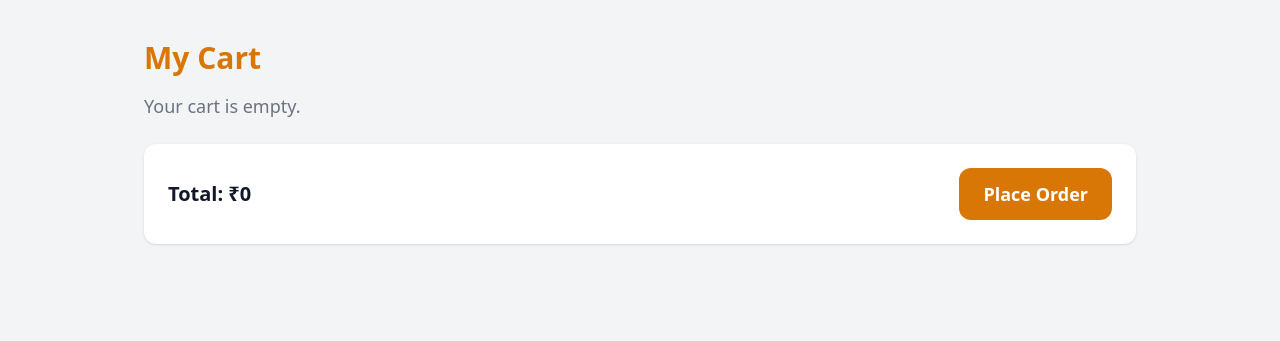
Repository: Omkar0746/VendorLink_Hackathon
Page: VendorLink_Project-main/frontend/cart.html
An editor plug-in stored every save of this project. The page is shown before and after the next save, followed by the edit.
The browser window is 1280 px wide. The pictures show the whole page.
Some web libraries are served in a nearby version.

Above is the page before, as saved 2025-11-27 23:01:12.

### VendorLink_Project-main/frontend/cart.html
<!DOCTYPE html>
<html lang="en" class="bg-gray-100 dark:bg-gray-900">
<head>
  <meta charset="UTF-8">
  <title>My Cart • VendorLink</title>

  <script src="https://cdn.tailwindcss.com"></script>
  <script>
    tailwind.config = { darkMode: "class" };
  </script>

</head>

<body class="text-gray-900 dark:text-gray-100">

<!-- Navbar -->
<script type="module" src="assets/js/navbar.js"></script>

<section class="max-w-5xl mx-auto px-4 py-10">

  <h1 class="text-3xl font-bold text-amber-600 mb-4">My Cart</h1>

  <div id="cartContainer" class="space-y-4">
    <!-- Dynamic items appear here -->
  </div>

  <!-- Total & Checkout -->
  <div class="mt-6 bg-white dark:bg-gray-800 rounded-xl shadow p-6 flex justify-between items-center">
    <p class="text-xl font-bold">
      Total: ₹<span id="cartTotal">0</span>
    </p>

    <button id="checkoutBtn"
            class="bg-amber-600 hover:bg-amber-700 text-white py-3 px-6 rounded-xl text-lg font-semibold">
      Place Order
    </button>
  </div>

</section>

<script type="module" src="assets/js/cart.js"></script>

</body>
</html>

### VendorLink_Project-main/frontend/assets/js/navbar.js
// assets/js/navbar.js

// === THEME ===
const themeToggle = document.getElementById("themeToggle");
if (themeToggle) {
  themeToggle.addEventListener("click", () => {
    document.documentElement.classList.toggle("dark");
    localStorage.setItem(
      "theme",
      document.documentElement.classList.contains("dark") ? "dark" : "light"
    );
  });
}
if (localStorage.getItem("theme") === "dark") {
  document.documentElement.classList.add("dark");
}

// === USER AUTH ===
const user = JSON.parse(localStorage.getItem("user"));

const guestNav = document.getElementById("nav-auth-guest");
const userNav = document.getElementById("nav-auth-user");
const dashboardLink = document.getElementById("nav-supplier-dashboard");
const profileBtn = document.getElementById("profileBtn");
const profileDropdown = document.getElementById("profileDropdown");
const logoutBtn = document.getElementById("logoutBtn");

// Show guest or user navbar
if (user) {
  guestNav?.classList.add("hidden");
  userNav?.classList.remove("hidden");

  if (user.role === "supplier") {
    dashboardLink?.classList.remove("hidden");
  }
} else {
  guestNav?.classList.remove("hidden");
  userNav?.classList.add("hidden");
}

// Profile dropdown
profileBtn?.addEventListener("click", () => {
  profileDropdown.classList.toggle("hidden");
});

// Logout
logoutBtn?.addEventListener("click", () => {
  localStorage.removeItem("user");
  localStorage.removeItem("token");
  window.location.href = "index.html";
});

### VendorLink_Project-main/frontend/assets/js/cart.js
import { api } from "./api.js";

let cart = JSON.parse(localStorage.getItem("cart") || "[]");
const cartContainer = document.getElementById("cartContainer");
const cartTotalEl = document.getElementById("cartTotal");
const checkoutBtn = document.getElementById("checkoutBtn");

function saveCart() {
  localStorage.setItem("cart", JSON.stringify(cart));
}

function updateTotal() {
  let total = 0;

  cart.forEach((item) => {
    total += item.price * item.qty;
  });

  cartTotalEl.textContent = total;
}

function increaseQty(index) {
  cart[index].qty += 1;
  saveCart();
  renderCart();
}

function decreaseQty(index) {
  if (cart[index].qty > 1) {
    cart[index].qty -= 1;
  } else {
    cart.splice(index, 1);
  }
  saveCart();
  renderCart();
}

function deleteItem(index) {
  cart.splice(index, 1);
  saveCart();
  renderCart();
}

function renderCart() {
  cartContainer.innerHTML = "";

  if (cart.length === 0) {
    cartContainer.innerHTML = `
      <p class="text-gray-500 text-lg">Your cart is empty.</p>
    `;
    updateTotal();
    return;
  }

  cart.forEach((item, index) => {
    cartContainer.innerHTML += `
      <div class="bg-white dark:bg-gray-800 rounded-xl shadow p-4 flex items-center gap-4">

        <img src="${item.image || 'https://cdn-icons-png.flaticon.com/512/3081/3081559.png'}"
             class="h-20 w-20 object-cover rounded-lg">

        <div class="flex-1">
          <h3 class="font-semibold text-lg">${item.name}</h3>
          <p class="text-sm text-gray-500">₹${item.price}/kg</p>

          <div class="flex items-center gap-3 mt-2">
            <button onclick="decreaseQty(${index})"
              class="px-3 py-1 bg-gray-200 dark:bg-gray-700 rounded-lg">-</button>

            <span class="font-semibold">${item.qty}</span>

            <button onclick="increaseQty(${index})"
              class="px-3 py-1 bg-gray-200 dark:bg-gray-700 rounded-lg">+</button>
          </div>
        </div>

        <button onclick="deleteItem(${index})"
                class="text-red-500 hover:text-red-700 font-semibold">
          Remove
        </button>

      </div>
    `;
  });

  updateTotal();
}

// Expose functions
window.increaseQty = increaseQty;
window.decreaseQty = decreaseQty;
window.deleteItem = deleteItem;

renderCart();

// Checkout (Place Order)
checkoutBtn.addEventListener("click", async () => {
  if (cart.length === 0) {
    alert("Your cart is empty!");
    return;
  }

  const user = JSON.parse(localStorage.getItem("user"));
  if (!user) {
    alert("Please login first.");
    window.location.href = "login.html";
    return;
  }

  // For now: choose supplier from first cart item
  const supplierId = cart[0].supplierId || "default";

  const orderData = {
    supplierId,
    items: cart,
    totalAmount: Number(cartTotalEl.textContent),
  };

  try {
    await api("/orders", "POST", orderData, true);

    localStorage.removeItem("cart");
    window.location.href = "order_success.html";
  } catch (err) {
    alert("Failed to place order.");
  }
});

### VendorLink_Project-main/frontend/assets/js/api.js
// assets/js/api.js

export const API_BASE = "http://localhost:5000/api";

export async function api(endpoint, method = "GET", body = null, auth = false) {
  const headers = { "Content-Type": "application/json" };

  if (auth) {
    const token = localStorage.getItem("token");
    if (token) {
      headers["Authorization"] = `Bearer ${token}`;
    }
  }

  const res = await fetch(`${API_BASE}${endpoint}`, {
    method,
    headers,
    body: body ? JSON.stringify(body) : null,
  });

  const data = await res.json();

  if (!res.ok) {
    throw new Error(data.error || data.message || "Request failed");
  }

  return data;
}

After the next save:
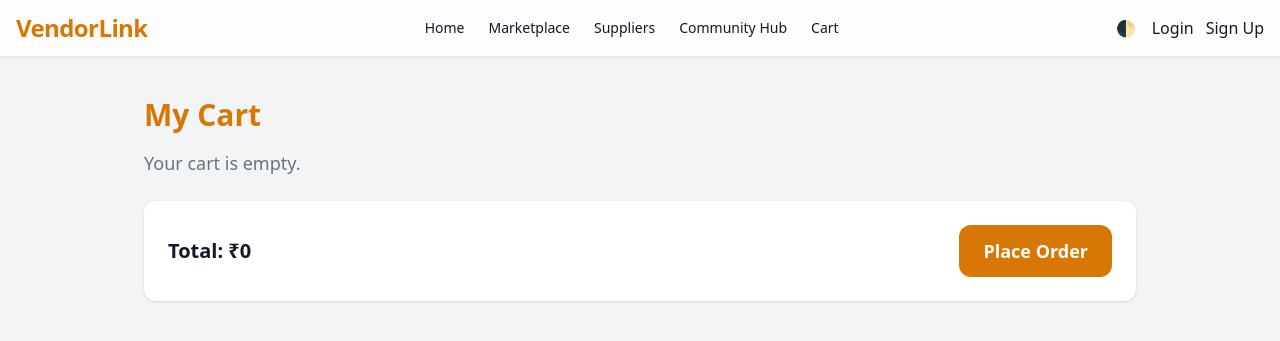
Saved 2 min 1 s later.
--- a/VendorLink_Project-main/frontend/cart.html
+++ b/VendorLink_Project-main/frontend/cart.html
@@ -14,6 +14,60 @@
 <body class="text-gray-900 dark:text-gray-100">
 
 <!-- Navbar -->
+<!-- NAVBAR START -->
+<nav class="sticky top-0 z-50 bg-white/80 dark:bg-gray-900/80 backdrop-blur-md shadow-sm border-b border-gray-200 dark:border-gray-700">
+  <div class="max-w-7xl mx-auto px-4 py-3 flex justify-between items-center">
+
+    <div class="flex items-center gap-2 cursor-pointer" onclick="window.location.href='index.html'">
+      <span class="text-2xl font-extrabold text-amber-600 tracking-tight">VendorLink</span>
+    </div>
+
+    <div class="flex items-center gap-6 text-sm font-medium">
+      <a href="index.html" class="nav-link">Home</a>
+      <a href="marketplace.html" class="nav-link">Marketplace</a>
+      <a href="suppliers.html" class="nav-link">Suppliers</a>
+      <a href="community.html" class="nav-link">Community Hub</a>
+      <a href="cart.html" class="nav-link">Cart</a>
+
+      <a id="nav-supplier-dashboard" href="supplier_dashboard.html" class="nav-link hidden">
+        Dashboard
+      </a>
+    </div>
+
+    <div class="flex items-center gap-4">
+
+      <div id="roleSliderWrapper" class="hidden">
+        <label class="flex items-center gap-2 text-sm font-medium text-gray-600 dark:text-gray-300">
+          <span id="roleText"></span>
+          <input id="roleToggle" type="checkbox" disabled class="toggle-checkbox">
+        </label>
+      </div>
+
+      <button id="themeToggle" class="theme-btn">🌓</button>
+
+      <div id="nav-auth-guest" class="flex items-center gap-3">
+        <a href="login.html" class="btn-outline">Login</a>
+        <a href="signup.html" class="btn-filled">Sign Up</a>
+      </div>
+
+      <div id="nav-auth-user" class="hidden relative">
+        <button id="profileBtn" class="profile-btn">Profile ⬇</button>
+
+        <div id="profileDropdown"
+             class="hidden absolute right-0 mt-2 w-40 bg-white dark:bg-gray-800 shadow-md rounded-lg overflow-hidden">
+          <a href="profile.html" class="dropdown-item">My Profile</a>
+
+          <button id="logoutBtn"
+                  class="dropdown-item text-red-500 hover:bg-red-50 dark:hover:bg-gray-700">
+            Logout
+          </button>
+        </div>
+      </div>
+    </div>
+  </div>
+</nav>
+<!-- NAVBAR END -->
+
 <script type="module" src="assets/js/navbar.js"></script>
 
 <section class="max-w-5xl mx-auto px-4 py-10">
